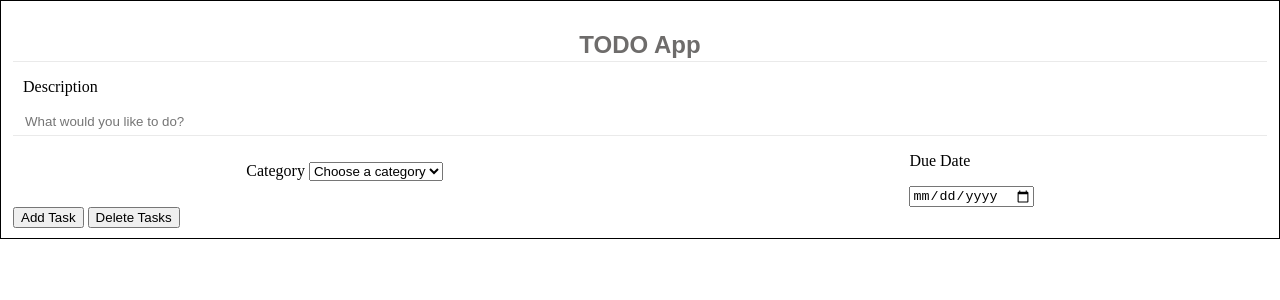
Repository: king-slayer97/TODO-App
Page: http://localhost/
An editor plug-in stored every save of this project. The page is shown before and after the next save, followed by the edit.
The browser window is 1280 px wide. The pictures show the whole page.
The page is served by the project's Node server (index.js). Other server files are loaded and not shown.

Above is the page before, as saved 2022-08-15 17:00:01.

### views/home.ejs
<!DOCTYPE html>
<html lang="en">

<head>
    <meta charset="UTF-8">
    <meta http-equiv="X-UA-Compatible" content="IE=edge">
    <meta name="viewport" content="width=device-width, initial-scale=1.0">
    <title>TODO App</title>
    <link rel="stylesheet" href="/css/home.css">
</head>

<body>
    <div class="wrapper">
        <div class="heading">
            <h2>TODO App</h2>
        </div>
        <div class="description-wrapper">
            <div class="description">
                <p>Description</p>
                <input type="text" placeholder="What would you like to do?">
            </div>
        </div>
        <div class="section2">
            <div class="category">
                <label>Category</label>
                <select>
                    <option selected disabled>Choose a category</option>
                    <option value="Personal">Personal</option>
                    <option value="Work">Work</option>
                    <option value="School">School</option>
                    <option value="Cleaning">Cleaning</option>
                    <option value="Other">Other</option>
                </select>
            </div>
            <div class="date">
                <p>Due Date</p>
                <input type="date" placeholder="dd/mm/yyyy">
            </div>
        </div>
        <div class="buttons">
            <button>Add Task</button>
            <button>Delete Tasks</button>
        </div>
    </div>
</body>

</html>

### index.js
const express = require('express');
const PORT = 3000;
const app = express();

//setup view engine
app.set('view engine', 'ejs');
app.set('views','./views');
app.use(express.static('assets'));

//importing routes
const router = require('./routes');
app.use('/',router);

//Listening on port 3000
app.listen(PORT, function(err){
    if(err) {
        console.log(`Error: ${err}`);
    }
    else{
        console.log(`Listening on port ${PORT}`);
    }
});

### controllers/home_controller.js
module.exports.homePage = function(req, res){
    res.render('home',{title: "TODO App"});
};

### assets/css/home.css
body{
    margin: 0;
}

.wrapper{
    border: 1px solid black;
    padding: 10px 12px;
}

.heading{
    text-align: center;
    border-bottom: 1px solid #eaeaea;
    height: 30px;
    /* display: flex;
    align-items: center;
    justify-content: center; */
}

.heading h2{
    color: #6e6c6b;
    font-family: Arial, Helvetica, sans-serif;
    /* font-style: inherit; */
}

.description-wrapper{
    border-bottom: 1px solid #eaeaea;

}

.description{
    /* display: flex;
    flex-direction:column;
    justify-content: flex-start; */
    /* background-color: yellow; */
    padding:0px 10px;
    padding-bottom: 5px;
}

.description p{
    height: 100%;
    /* background-color: pink; */
}

.description input[type="text"]{
    border-style: none;
    text-align: left;
}

.section2{
    display: flex;
    align-items: center;
    justify-content: space-around;
}

After the next save:
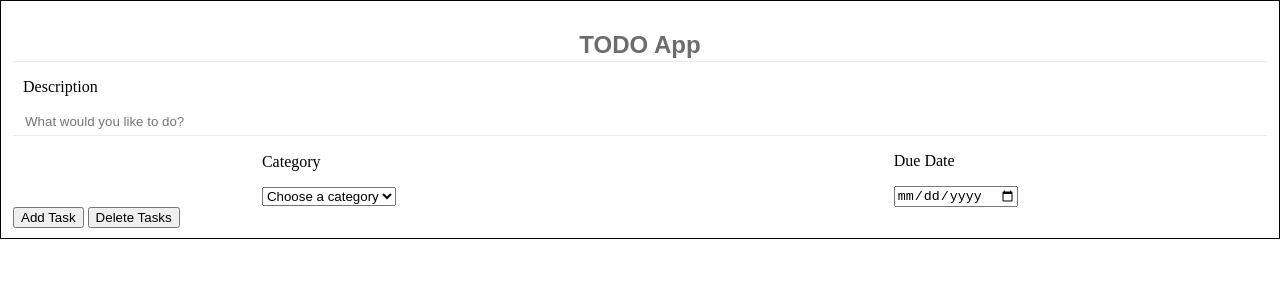
Saved 31 s later.
--- a/views/home.ejs
+++ b/views/home.ejs
@@ -22,7 +22,7 @@
         </div>
         <div class="section2">
             <div class="category">
-                <label>Category</label>
+                <p>Category</p>
                 <select>
                     <option selected disabled>Choose a category</option>
                     <option value="Personal">Personal</option>
